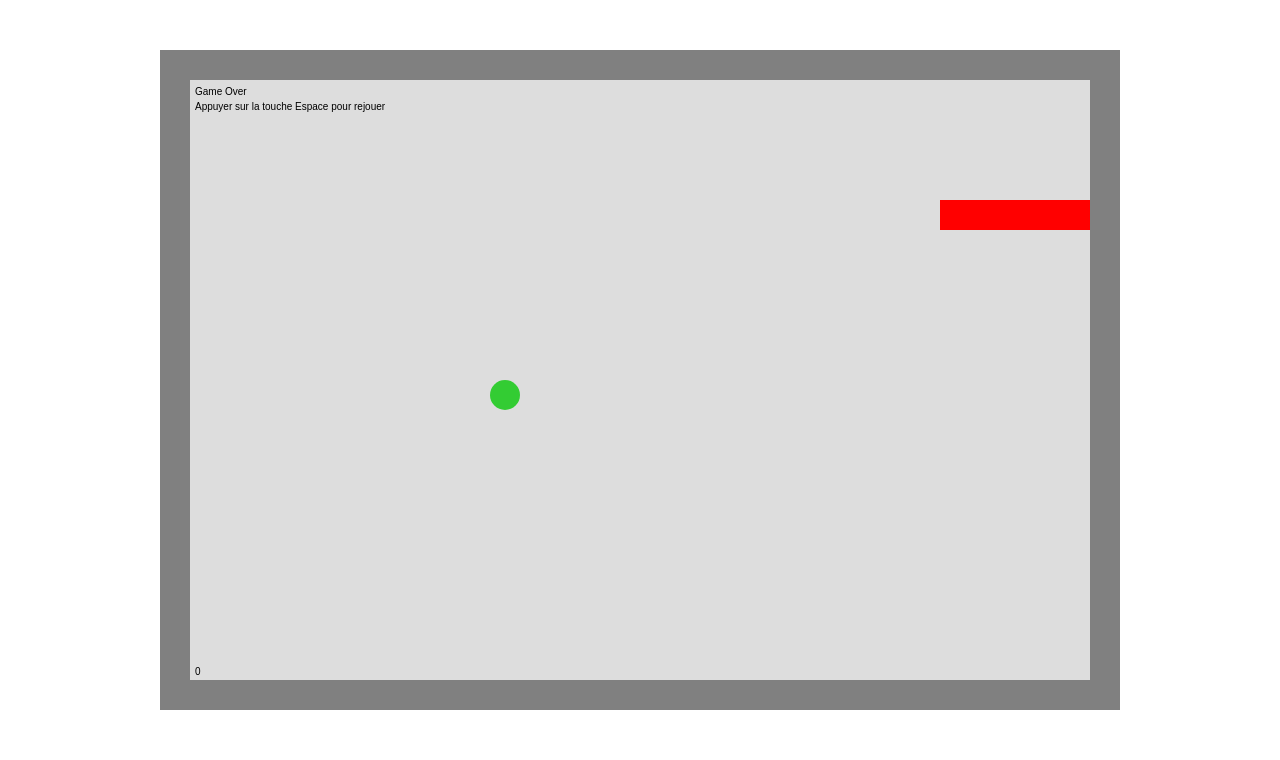
Repository: 0Memo/serpent
Page: index.html
An editor plug-in stored every save of this project. The page is shown before and after the next save, followed by the edit.
The browser window is 1280 px wide. The pictures show the whole page.

Above is the page before, as saved 2020-12-16 22:11:13.

### index.html
<!DOCTYPE html>
<html lang="es">
    <head>
        <meta charset="UTF-8">
        <meta name="viewport" content="width=device-width, initial-scale=1.0">
        <title>Juego de la serpiente></title>
    </head>
    <body>

        <script src="js/script.js"></script>
    </body>
</html>

### js/script.js
window.onload = function(){
    var canvasWidth = 900;
    var canvasHeight = 600;
    var blockSize = 30;
    var ctx;
    var delay = 100;
    var snakey;
    var appley;
    var widthInBlocks = canvasWidth / blockSize;
    var heightInBlocks = canvasHeight / blockSize;
    var score;

    init();

    function init(){
        var canvas = document.createElement('canvas');
        canvas.width = canvasWidth;
        canvas.height = canvasHeight;
        canvas.style.border = "30px solid gray";
        canvas.style.margin = "50px auto";
        canvas.style.display = "block";
        canvas.style.backgroundColor = "#ddd";
        document.body.appendChild(canvas);
        ctx = canvas.getContext('2d');
        snakey = new snake([[6,4], [5,4], [4,4], [3,4], [2, 4]], "right");
        appley = new apple([10, 10]);
        score = 0;
        refreshCanvas();

    }

    function refreshCanvas(){
        snakey.advance();
        if(snakey.checkCollision())
        {
            gameOver();
        } else {
            if(snakey.isEatingApple(appley))
            {
                score++;
                snakey.ateApple = true;
                do
                {
                    appley.setNewPosition();
                }
                while(appley.isOnSnake(snakey));
            }
            ctx.clearRect(0, 0, canvasWidth, canvasHeight);
            snakey.draw();
            appley.draw();
            drawScore();
            setTimeout(refreshCanvas,delay);
        }

    }

    function gameOver()
    {
        ctx.save();
        ctx.fillText("Game Over", 5, 15);
        ctx.fillText("Appuyer sur la touche Espace pour rejouer", 5, 30);
        ctx.restore();
    }

    function restart()
    {
        snakey = new snake([[6,4], [5,4], [4,4], [3,4], [2, 4]], "right");
        appley = new apple([10, 10]);
        score = 0;
        refreshCanvas();
    }

    function drawScore()
    {
        ctx.save();
        ctx.fillText(score.toString(), 5, canvasHeight -5);
        ctx.restore();
    }

    function drawBlock(ctx, position){
        var x = position[0] * blockSize;
        var y = position[1] * blockSize;
        ctx.fillRect(x, y, blockSize, blockSize);
    }

    function snake(body, direction) {
        this.body = body;
        this.direction = direction;
        this.ateApple = false;
        this.draw = function(){
            ctx.save();
            ctx.fillStyle = "#ff0000";
            for(var i = 0; i < this.body.length; i++){
                drawBlock(ctx, this.body[i]);
            }
            ctx.restore();
        };
        this.advance = function(){
            var nextPosition = this.body[0].slice();
            switch(this.direction){
                case "left":
                    nextPosition[0] -=1;
                    break;
                case "right":
                    nextPosition[0] +=1;
                    break;
                case "down":
                    nextPosition[1] +=1;
                    break;
                case "up":
                    nextPosition[1] -=1;
                    break;
                default:
                    throw("Invalid Direction");
            }
            this.body.unshift(nextPosition);
            if(!this.ateApple)
            {
                this.body.pop();
            } else {
                this.ateApple = false;
            }
        };
        this.setDirection = function(newDirection)
        {
            var allowedDirections;
            switch(this.direction){
                case "left":
                case "right":
                    allowedDirections = ["up", "down"];
                    break;
                case "down":
                case "up":
                    allowedDirections = ["left", "right"];
                    break;
                default:
                    throw("Invalid Direction");
            }
            if(allowedDirections.indexOf(newDirection) > -1){
                this.direction = newDirection;
            };
        };
        this.checkCollision = function()
        {
            var wallCollision = false;
            var snakeCollision = false;
            var head = this.body[0];
            var rest = this.body.slice(1);
            var snakeX = head[0];
            var snakeY = head[1];
            var minX = 0;
            var minY = 0;
            var maxX = widthInBlocks  - 1;
            var maxY = heightInBlocks - 1;
            var isNotBetweenHorizontalWalls = snakeX < minX || snakeX > maxX;
            var isNotBetweenVerticalWalls = snakeY < minY || snakeY > maxY;

            if(isNotBetweenHorizontalWalls || isNotBetweenVerticalWalls)
            {
                wallCollision = true;
            }

            for(var i = 0; i < rest.length; i++){
                if(snakeX === rest[i][0] && snakeY === rest[i][1]){
                    snakeCollision = true;
                }
            }
            return wallCollision || snakeCollision;
        };
        this.isEatingApple = function(appleToEat)
        {
            var head = this.body[0];
            if(head[0] === appleToEat.position[0] && head[1] === appleToEat.position[1])
            {
                return true;
            } else {
                return false;
            }
        };
    }

    function apple(position)
    {
        this.position = position;
        this.draw = function(){
            ctx.save();
            ctx.fillStyle = "#33cc33";
            ctx.beginPath();
            var radius = blockSize / 2;
            var x = this.position[0] * blockSize + radius;
            var y = this.position[1] * blockSize + radius;
            ctx.arc(x,y, radius, 0, Math.PI*2, true);
            ctx.fill();
            ctx.restore();
        };
        this.setNewPosition = function()
        {
            var newX = Math.round(Math.random() * (widthInBlocks - 1));
            var newY = Math.round(Math.random() * (heightInBlocks - 1));
            this.position = [newX, newY];
        };

        this.isOnSnake = function(snakeToCheck)
        {
            var isOnSnake = false;
            for(i = 0; i < snakeToCheck.body.length; i++)
            {
                if(this.position[0] === snakeToCheck.body[i][0] && this.position[1] === snakeToCheck.body[i][1])
                {
                    isOnSnake = true;
                }
            }
            return isOnSnake;
        }
    };

    document.onkeydown = function handleKeyDown(e){
    var key = e.keyCode;
    var newDirection;
    switch(key){
        case 37:
            newDirection = "left";
            break;
        case 38:
            newDirection = "up";
            break;
        case 39:
            newDirection = "right";
            break;
        case 40:
            newDirection = "down";
            break;
        case 32:
            restart();
            return;
        default:
            return;
    };
    snakey.setDirection(newDirection);
};
}

After the next save:
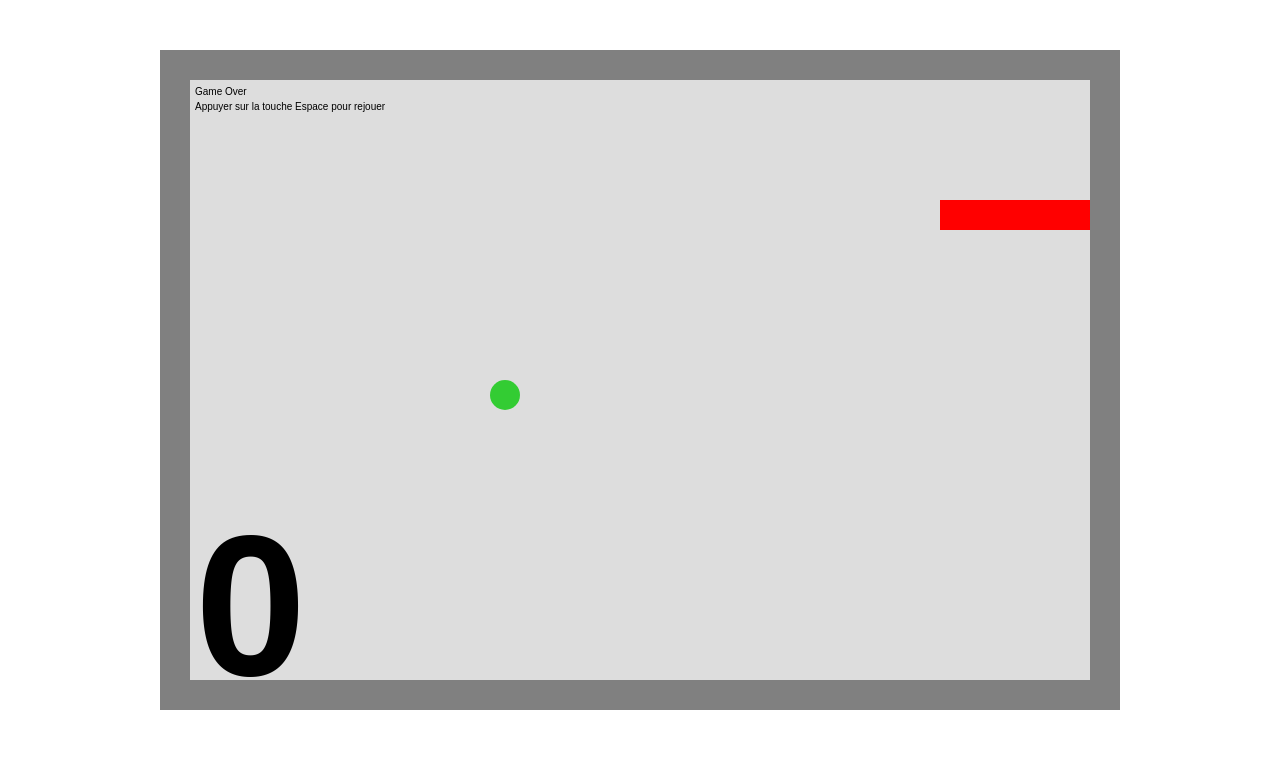
Saved 46 s later.
--- a/js/script.js
+++ b/js/script.js
@@ -73,6 +73,7 @@ window.onload = function(){
     function drawScore()
     {
         ctx.save();
+        ctx.font = "bold 200px sans-serif";
         ctx.fillText(score.toString(), 5, canvasHeight -5);
         ctx.restore();
     }
